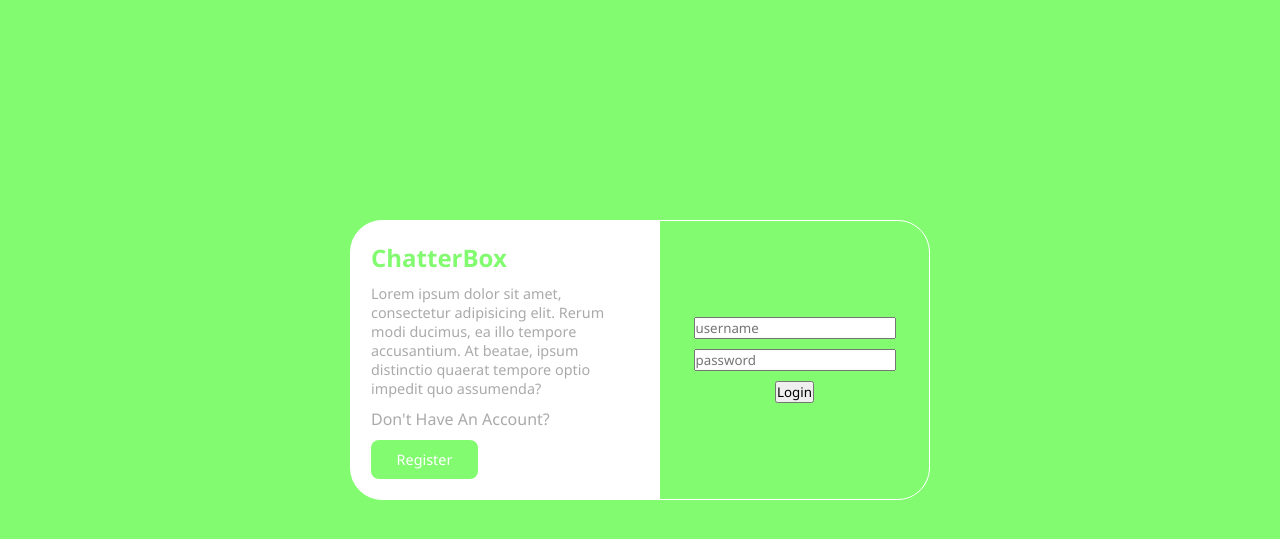
Repository: Habeebur1493/social-media-app
Page: /
The author's editor kept a copy of each file at every save. The page is drawn from the files as they stood at one save, then again after the next save.
The browser window is 1280 px wide. The pictures show the whole page.
The project was rebuilt for these pictures with package versions that can differ from the ones it lists, and the page was loaded fresh each time. Also part of the build but not shown: vite.config.js.

Above is the page before, as saved 2025-01-28 01:03:48.

After the next save:
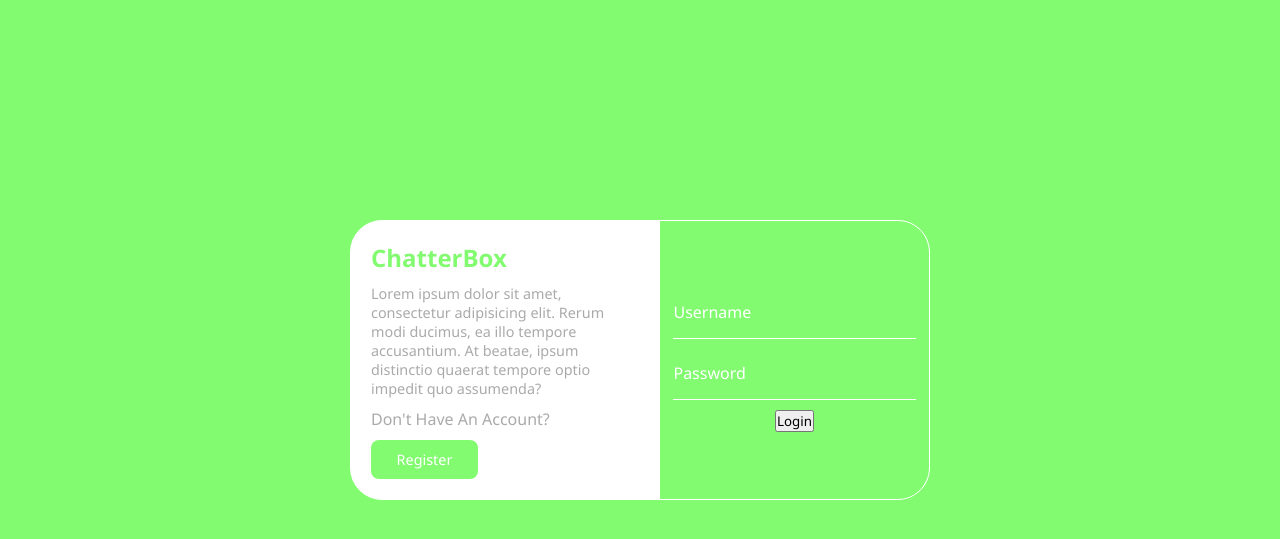
Saved 2 min 42 s later.
--- a/src/pages/login/Login.jsx
+++ b/src/pages/login/Login.jsx
@@ -12,11 +12,11 @@ export default function Login() {
             <span>Don't Have An Account?</span>
             <button className='btn btn-primary'>Register</button>
         </div>
-        <div className="right">
+        <form className="right">
             <input type="text" required placeholder='username'/>
             <input type="password" required placeholder='password'/>
             <button type='submit'>Login</button>
-        </div>
+        </form>
     </div>
     </div>
 
